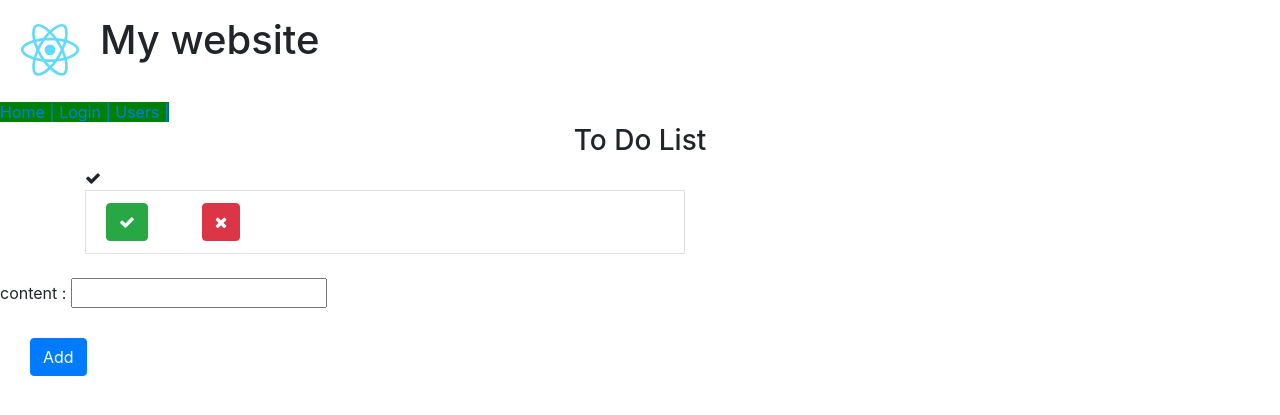
Repository: Marwa-Medhat/ReactJS-Labs
Page: /todolist (app in myapp/), after clicking the first element matching `button.btn`
The author's editor kept a copy of each file at every save. The page is drawn from the files as they stood at one save, then again after the next save.
The browser window is 1280 px wide. The pictures show the whole page.
The project was rebuilt for these pictures with package versions that can differ from the ones it lists, and the page was loaded fresh each time.

Above is the page before, as saved 2021-04-28 20:59:37.

### myapp/src/index.js
import React from 'react';
import ReactDOM from 'react-dom';
import './index.css';
// import App from './App';
import App from './main';
import reportWebVitals from './reportWebVitals';

ReactDOM.render(
    <App />,
  document.getElementById('root')
);

// If you want to start measuring performance in your app, pass a function
// to log results (for example: reportWebVitals(console.log))
// or send to an analytics endpoint. Learn more: https://bit.ly/CRA-vitals
reportWebVitals();

### myapp/src/main.js
import React from "react";
import logo from './logo.svg';

import {
  BrowserRouter as Router,
  Switch,
  Route,
  Link,
  useRouteMatch,
  useParams
} from "react-router-dom";

import {Header,Menu} from './Header2'
import Todo from './todo'

class App extends React.Component{
    constructor(){
        super();
        this.state = {
            items:[
            {
                text:"Home",
                link:"/home"
            },
            {
                text:"Login",
                link:"/login"
            },
            {
                text:"Users",
                link:"/users"
            },

        ]
    }
    }

    toggleActive=(text)=>{

        this.state.items.forEach((item)=>item.active=false);
        let item = this.state.items.find(x=>x.text==text);
        item.active = !item.active
        this.setState({items:this.state.items});
    }
    render(){
        return <Router>
            <Header title="My website" logo={logo} menu={this.state.items} toggleActive={this.toggleActive} />
            <Switch>
                <Route path="/users" >
                    <UserList />
                </Route>
                <Route path="/login" >
                    <Login />
                </Route>
                <Route path="/" >
                    <Todo />
                </Route>
            </Switch>
        </Router>
    }
}


class Home extends React.Component{
    render(){
        return <div>Home</div>;
    }
}




class UserList extends React.Component{

    constructor(){
        super();
        this.state={
            users:[],
            loading:false
        };
    }

    async componentDidMount(){
        this.setState({loading:true});
        setTimeout(async ()=>{


        let res= await fetch("https://reqres.in/api/users?page=2",{
            method:"GET",
            headers:{
                "content-type":"application/json"
            }
        });
        let resJson = await res.json();
        this.setState({users:resJson.data,loading: false});
    },5000)
    }

    render(){
        return <div>
            {!this.state.loading ? this.state.users.map((item)=>{
                return <UserView key={item.id}  user={item} />
            }): "Loading Users"}
        </div>
    }
}

class Login extends React.Component{

    constructor(){
        super();
        this.state={
            username:"",
            email:"",
            password:""
        }
    }

    setInputValue=(e)=>{
        this.setState({[e.target.name]:e.target.value});
    }

    login=async ()=>{
        let user = {
            email:this.state.email,
            password:this.state.password
        }
        let res= await fetch("https://reqres.in/api/login",{
            method:"POST",
            headers:{
                "content-type":"application/json"
            },
            body:JSON.stringify(user)
        });
        let resJson = await res.json();
        if(resJson.token){
            alert("Login success");
        }else{
            alert(resJson.error)
        }
    }

    render(){
        return <div>
            <h1>Login</h1>
            Username:<input type="text" value={this.state.username} onChange={this.setInputValue} name="username" /><br/>
            Password:<input type="password" value={this.state.password} onChange={this.setInputValue} name="password" /><br/>
            Email:<input type="email" value={this.state.email} onChange={(e)=>this.setState({email:e.target.value})} name="email" /><br/>
            <button onClick={this.login}>Login</button>
        </div>
    }
}

class UserView extends React.Component{
    constructor(){
        super();

    }

    render(){
        return <div>
            <img src={this.props.user.avatar} style={{width:100,height:100}} /><br/>
            <span>{this.props.user.first_name} {this.props.user.last_name}</span>
            <div>Email : {this.props.user.email}</div>
        </div>
    }
}



export default App;

### myapp/src/Header2.js
import React from 'react';
import PropTypes from 'prop-types';
import {Link} from "react-router-dom";
class Header extends React.Component{

    render(){
        let h1Style={
            display:"inline-block"
        }

        return <div>
            <img style={{width:100,height:100}} src={this.props.logo} />
            <h1 style={h1Style} >{this.props.title}</h1>
            <Menu items={this.props.menu} toggleActive={this.props.toggleActive} />
        </div>
    }
}

Header.defaultProps ={
    title:"Website"
}

Header.propTypes = {
    title:PropTypes.string
}

class Menu extends React.Component{

    constructor(props){
        super();

    }

    render(){
        return <div>
            {this.props.items.map((item,i)=>{
                return <Link key={item.text} style={{backgroundColor:item.active?"red":"green"}} onClick={()=>this.props.toggleActive(item.text)} to={item.link} > {item.text} |</Link>
            })}
        </div>
    }
}

Menu.defaultProps={
    items:[]
}

export {Header,Menu};

### myapp/src/todo.js
import React from 'react';
import 'bootstrap/dist/css/bootstrap.min.css'
import { ListGroup } from 'react-bootstrap';
import 'font-awesome/css/font-awesome.min.css';

class Todo extends React.Component{
    constructor(){
        super();
        this.state={
            contents:[]
        }
    }

    componentDidMount(){
        if(localStorage["contents"]){
        let contents = JSON.parse(localStorage["contents"])
        this.setState({contents:contents})
        }
    }
    saveToLocalStorage=()=>{
        localStorage["contents"] = JSON.stringify(this.state.contents);
    }

    addContent=(content)=>{
        this.state.contents.push(content);
        this.setState({contents:this.state.contents});
        this.saveToLocalStorage();
    }




    render(){
        return <div>
            <h3 style={{textAlign:"center",}}>To Do List</h3>
            <div className="container center" >
            <DisplayTasks contents={this.state.contents} /><br/>
            </div>
            <AddTask style={{textAlign:"center",}}addContent={this.addContent} />
        </div>
    }

}


class AddTask extends React.Component{

    constructor(props){
        super();
        this.state={
            content:"",

        }
    }

    addContent=()=>{
        let content = {
            content:this.state.content,
        }

        this.props.addContent(content);
    }


    render(){
        return <div>
            content : <input type="text" value={this.state.content} onChange={(e)=>this.setState({content:e.target.value})} />
           <br/> <button onClick={this.addContent} className="btn btn-primary " style={{ margin: 30,}}>Add</button>
        </div>
    }
}


class DisplayTasks extends React.Component{
    render(){
        return <div class="list-group ">
            {this.props.contents.length > 0 ?this.props.contents.map((item)=>{
                return <DisplayTask content={item} key={item.content} />
            }):"Empty"}
        </div>
    }
}

DisplayTasks.defaultProps={
    contents:[]
}

class DisplayTask extends React.Component{

    // <i className="fa fa-times danger" ></i>
    render(){
        return <div>
            <i class="fa fa-check" aria-hidden="true"></i>
    <a href="#" class="list-group-item list-group-item-action " style={{width:600 ,fontWeight:'bolder',paddingRight:50,}}>{this.props.content.content} <button className="btn btn-success" style={{ marginRight: 50}}><i className="fa fa-check "></i></button>   <button className="btn btn-danger"><i className="fa fa-times btn-danger" ></i></button></a>

    </div>
    }
}
export default Todo;

Loaded but not shown: myapp/public/index.html (common file); myapp/src/index.css (common file); myapp/src/reportWebVitals.js (common file)

After the next save:
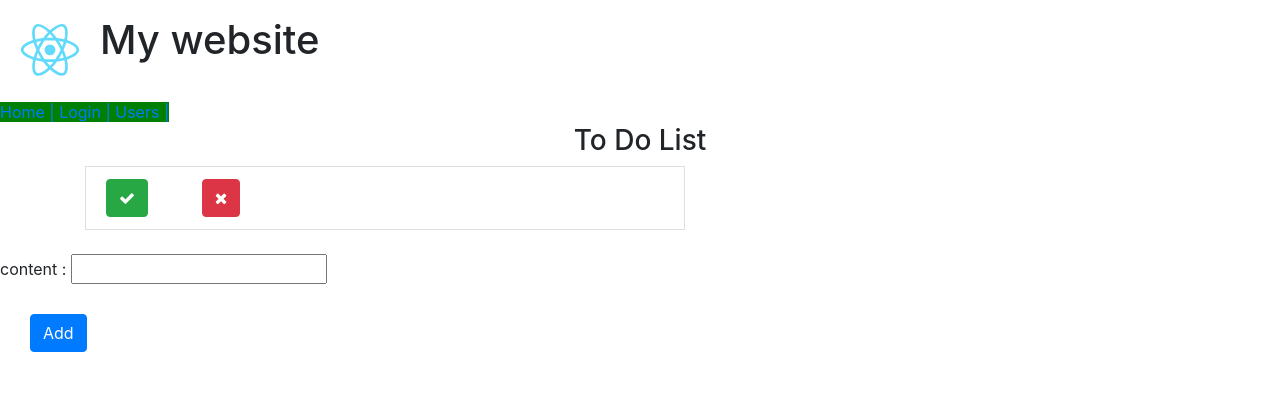
Saved 17 s later.
--- a/myapp/src/todo.js
+++ b/myapp/src/todo.js
@@ -90,7 +90,6 @@ class DisplayTask extends React.Component{
     // <i className="fa fa-times danger" ></i>
     render(){
         return <div>
-            <i class="fa fa-check" aria-hidden="true"></i>
     <a href="#" class="list-group-item list-group-item-action " style={{width:600 ,fontWeight:'bolder',paddingRight:50,}}>{this.props.content.content} <button className="btn btn-success" style={{ marginRight: 50}}><i className="fa fa-check "></i></button>   <button className="btn btn-danger"><i className="fa fa-times btn-danger" ></i></button></a>
 
     </div>
